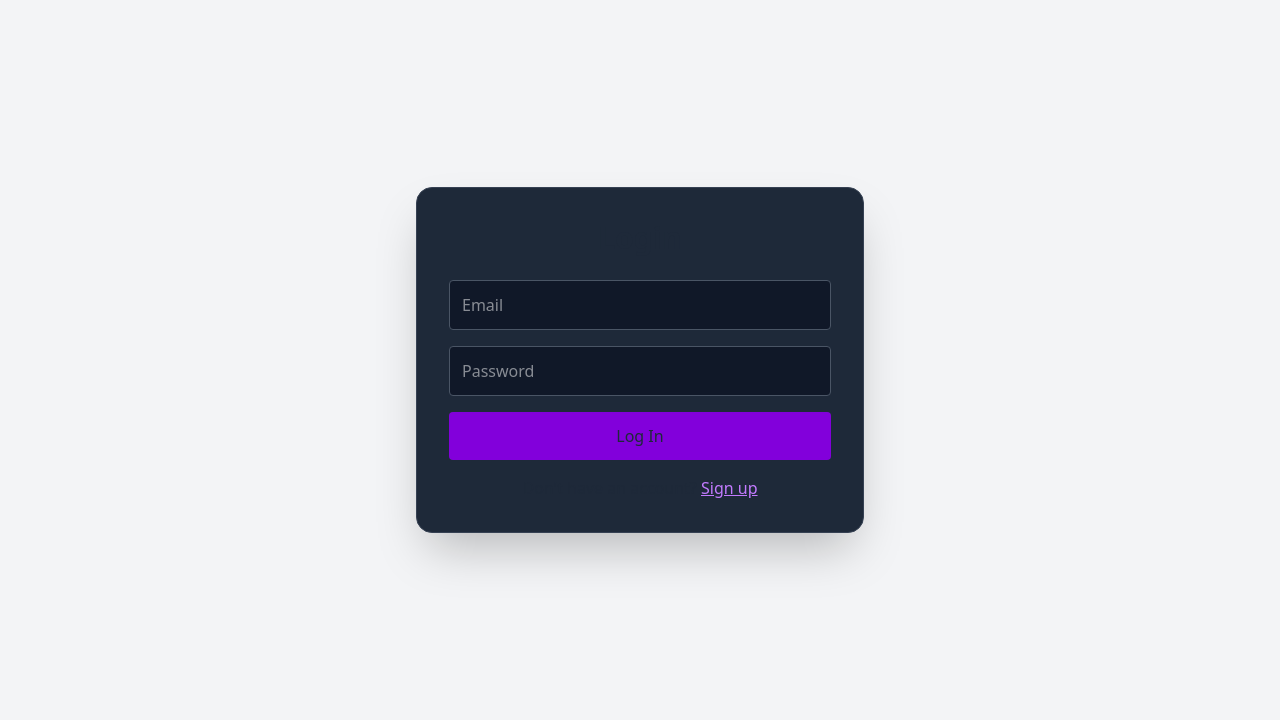
Repository: Marvin-Maina/blogsitev2
Page: /signup
The author's editor kept a copy of each file at every save. The page is drawn from the files as they stood at one save, then again after the next save.
The browser window is 1280 px wide. The pictures show the whole page.
The project was rebuilt for these pictures with package versions that can differ from the ones it lists, and the page was loaded fresh each time. Also part of the build but not shown: vite.config.js, src/components/ThemeToggle.jsx, src/components/Sidebar.jsx, src/pages/Writerdashboard.jsx, src/components/ArticleModal.jsx, src/pages/UserDashboard.jsx, src/pages/Admindashboard.jsx, src/pages/ContentEditor.jsx and 3 more.

Above is the page before, as saved 2025-04-16 18:17:01.

After the next save:
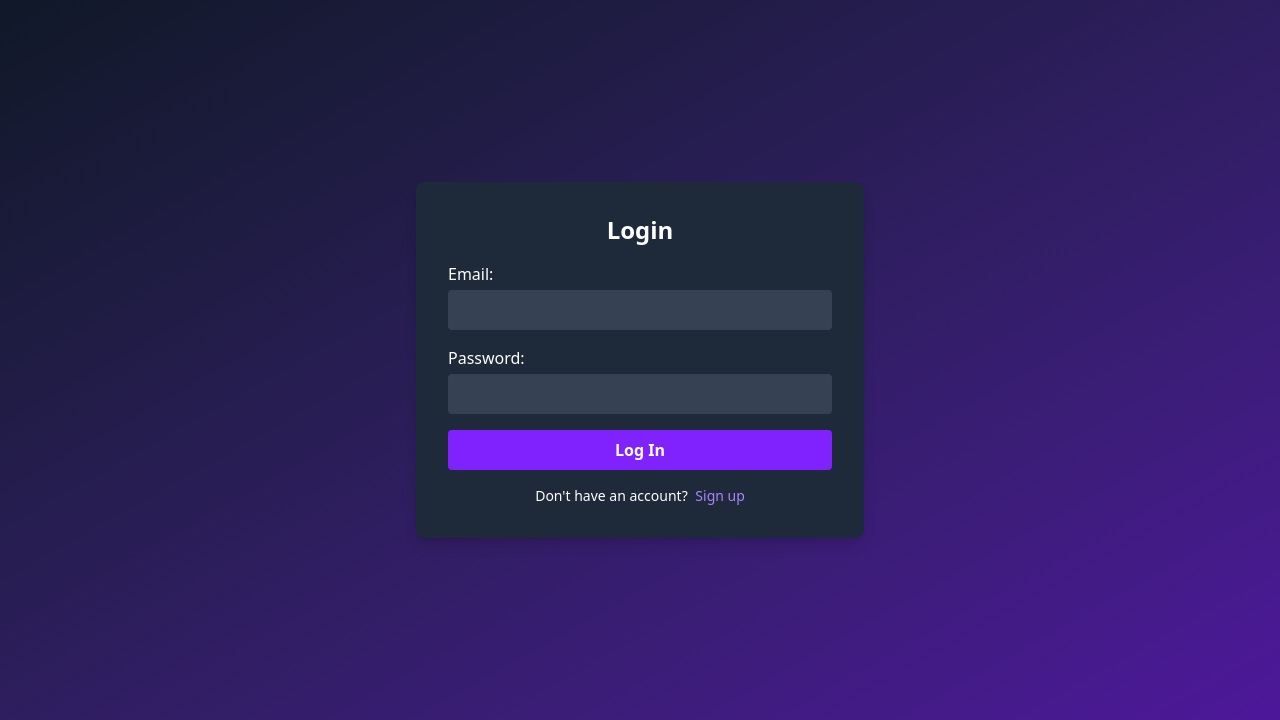
Saved 73 s later.
--- a/src/pages/Signup.jsx
+++ b/src/pages/Signup.jsx
@@ -1,7 +1,5 @@
-import React, { useState, useContext, useEffect } from "react";
+import React, { useState, useEffect } from "react";
 import { useNavigate } from "react-router-dom";
-import { ThemeContext } from "../ThemeContext";
-import { twMerge } from "tailwind-merge";
 
 const SignupLogin = () => {
   const [isLogin, setIsLogin] = useState(true);
@@ -11,7 +9,6 @@ const SignupLogin = () => {
   const [role, setRole] = useState("user");
 
   const navigate = useNavigate();
-  const { isDarkMode } = useContext(ThemeContext);
 
   useEffect(() => {
     if (email === "admin@admin.com") {
@@ -22,8 +19,9 @@ const SignupLogin = () => {
   const handleSubmit = (e) => {
     e.preventDefault();
 
+    const users = JSON.parse(localStorage.getItem("users")) || [];
+
     if (isLogin) {
-      const users = JSON.parse(localStorage.getItem("users")) || [];
       const existingUser = users.find(
         (u) => u.email === email && u.password === password
       );
@@ -35,9 +33,7 @@ const SignupLogin = () => {
         alert("Invalid credentials");
       }
     } else {
-      const users = JSON.parse(localStorage.getItem("users")) || [];
       const userExists = users.some((u) => u.email === email);
-
       if (userExists) {
         alert("User already exists");
         return;
@@ -53,71 +49,79 @@ const SignupLogin = () => {
       users.push(newUser);
       localStorage.setItem("users", JSON.stringify(users));
       alert("Signup successful! You can now log in.");
-      setIsLogin(true); // switch to login view
+      setIsLogin(true);
     }
   };
 
   return (
-    <div className={twMerge(
-      "min-h-screen flex items-center justify-center transition-colors duration-300",
-      isDarkMode ? "bg-gray-950 text-white" : "bg-gray-100 text-gray-800"
-    )}>
-      <div className="bg-opacity-90 backdrop-blur-md p-8 rounded-2xl shadow-2xl w-full max-w-md border border-gray-700 bg-gray-800">
-        <h2 className="text-3xl font-bold text-center mb-6">
+    <div className="flex justify-center items-center h-screen bg-gradient-to-br from-gray-900 to-violet-900">
+      <div className="bg-gray-800 text-white p-8 rounded-lg shadow-lg w-full max-w-md">
+        <h2 className="text-2xl font-bold mb-4 text-center">
           {isLogin ? "Login" : "Sign Up"}
         </h2>
 
         <form onSubmit={handleSubmit} className="space-y-4">
           {!isLogin && (
+            <div>
+              <label className="block mb-1">Name:</label>
+              <input
+                className="w-full px-4 py-2 rounded bg-gray-700 text-white"
+                type="text"
+                value={name}
+                onChange={(e) => setName(e.target.value)}
+                required
+              />
+            </div>
+          )}
+
+          <div>
+            <label className="block mb-1">Email:</label>
             <input
-              type="text"
-              placeholder="Name"
-              className="w-full p-3 rounded bg-gray-900 text-white border border-gray-600"
-              value={name}
-              onChange={(e) => setName(e.target.value)}
+              className="w-full px-4 py-2 rounded bg-gray-700 text-white"
+              type="email"
+              value={email}
+              onChange={(e) => setEmail(e.target.value)}
               required
             />
-          )}
-          <input
-            type="email"
-            placeholder="Email"
-            className="w-full p-3 rounded bg-gray-900 text-white border border-gray-600"
-            value={email}
-            onChange={(e) => setEmail(e.target.value)}
-            required
-          />
-          <input
-            type="password"
-            placeholder="Password"
-            className="w-full p-3 rounded bg-gray-900 text-white border border-gray-600"
-            value={password}
-            onChange={(e) => setPassword(e.target.value)}
-            required
-          />
+          </div>
+
+          <div>
+            <label className="block mb-1">Password:</label>
+            <input
+              className="w-full px-4 py-2 rounded bg-gray-700 text-white"
+              type="password"
+              value={password}
+              onChange={(e) => setPassword(e.target.value)}
+              required
+            />
+          </div>
 
           {!isLogin && email !== "admin@admin.com" && (
-            <select
-              className="w-full p-3 rounded bg-gray-900 text-white border border-gray-600"
-              value={role}
-              onChange={(e) => setRole(e.target.value)}
-            >
-              <option value="user">User</option>
-              <option value="writer">Writer</option>
-            </select>
+            <div>
+              <label className="block mb-1">Role:</label>
+              <select
+                className="w-full px-4 py-2 rounded bg-gray-700 text-white"
+                value={role}
+                onChange={(e) => setRole(e.target.value)}
+              >
+                <option value="user">User</option>
+                <option value="writer">Writer</option>
+              </select>
+            </div>
           )}
 
           <button
             type="submit"
-            className="w-full py-3 rounded bg-purple-700 hover:bg-purple-600 transition"
+            className="w-full bg-violet-600 hover:bg-violet-700 transition duration-200 px-4 py-2 rounded font-semibold"
           >
             {isLogin ? "Log In" : "Sign Up"}
           </button>
         </form>
 
-        <p className="text-center mt-4">
+        <p className="mt-4 text-sm text-center">
           {isLogin ? "Don't have an account?" : "Already have an account?"}{" "}
           <button
-            className="text-purple-400 underline hover:text-purple-200"
+            className="text-violet-400 hover:underline ml-1"
             onClick={() => setIsLogin(!isLogin)}
           >
             {isLogin ? "Sign up" : "Log in"}
